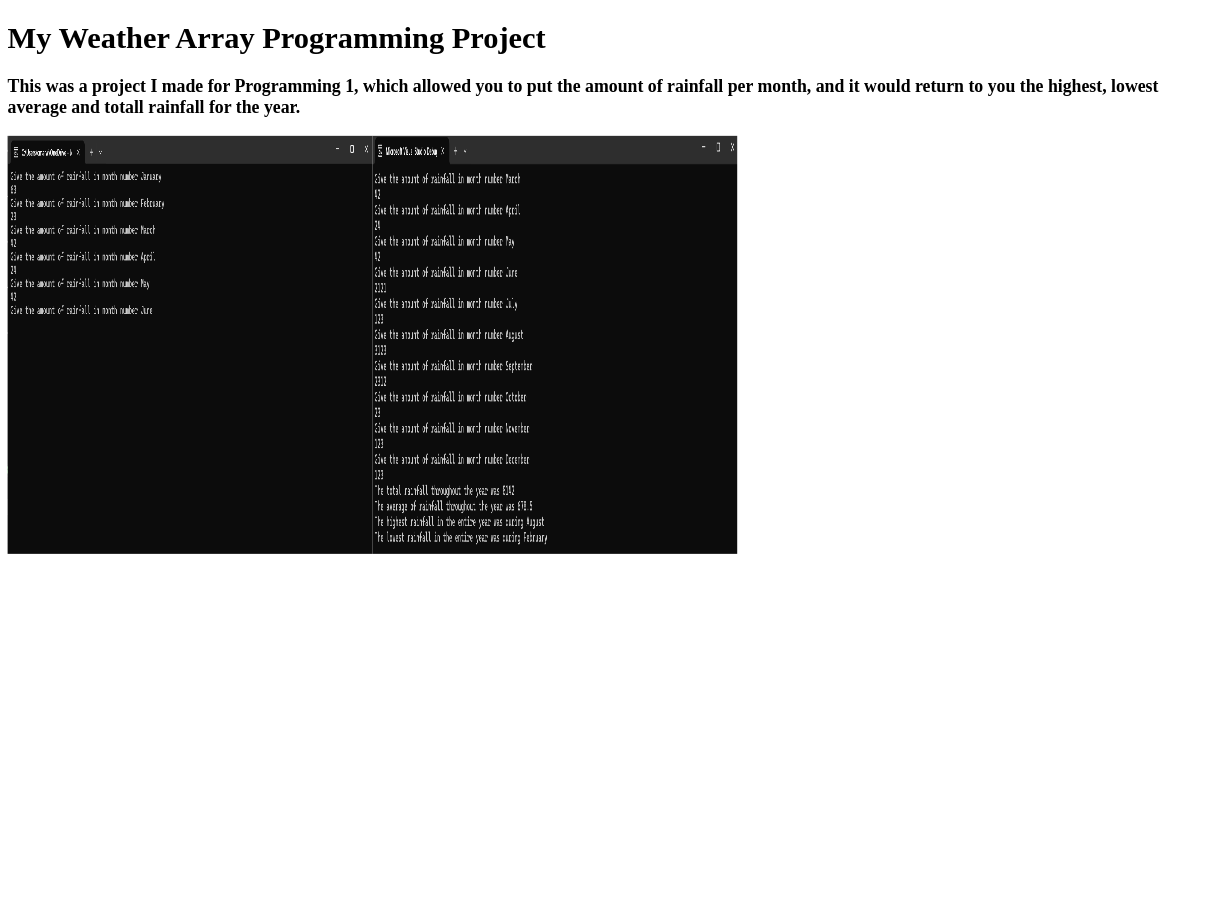
Repository: captainm64/captainm64
Page: projectshow.html
An editor plug-in stored every save of this project. The page is shown before and after the next save, followed by the edit.
The browser window is 1280 px wide. The page is 1288 px wide, so the pictures cover 1288 px, including what lies to the right of the window. The pictures show the whole page, at 95% of full size.

Above is the page before, as saved 2026-05-06 09:55:09.

After the next save:
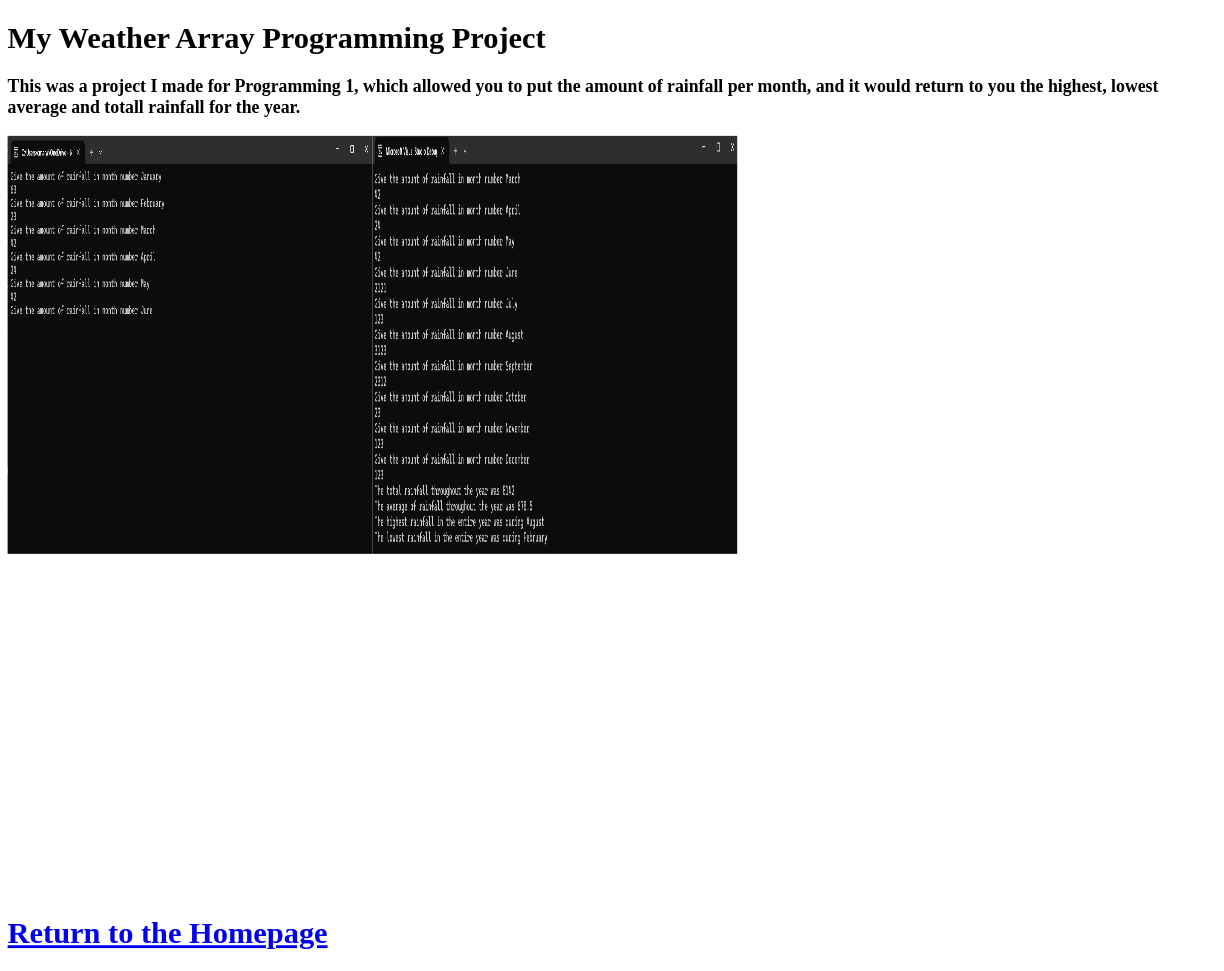
Saved 7 min 30 s later.
--- a/projectshow.html
+++ b/projectshow.html
@@ -18,3 +18,5 @@
 
  <img src="../../assets/images/demo2.png" alt = "Code demonstration: result"/>
 </div>
+
+ <a href = index.html><h1>Return to the Homepage</h1></a>
